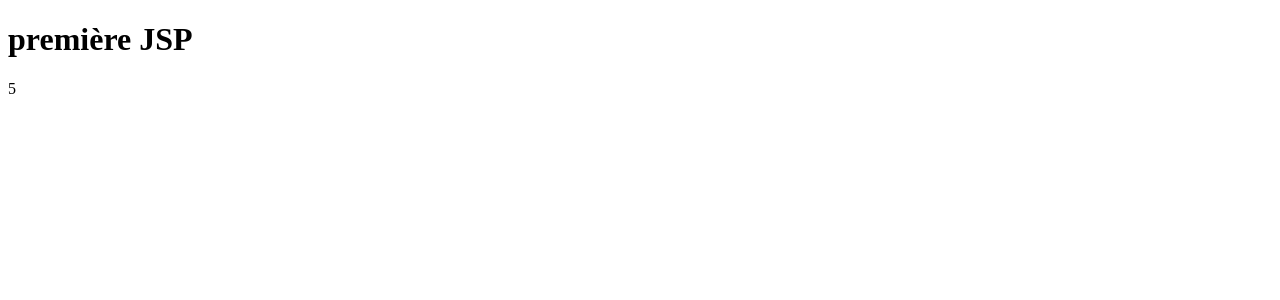
Repository: Douzal/AFCEPF_Architecte_Logiciel
Page: http://localhost/PremierWebv2/premiere.jsp
An editor plug-in stored every save of this project. The page is shown before and after the next save, followed by the edit.
The browser window is 1280 px wide. The pictures show the whole page.
The page is served by Tomcat 9.

Above is the page before, as saved 2018-03-15 08:30:07.

After the next save:
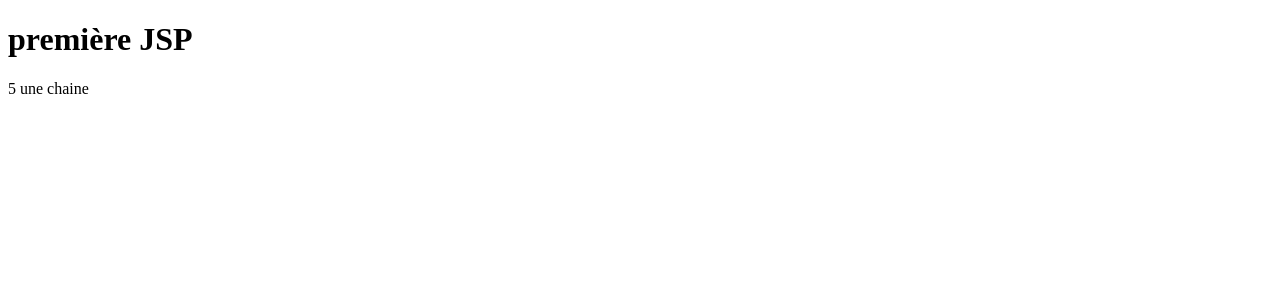
Saved 12 s later.
--- a/Workspace_Alexis/PremierWebv2/src/main/webapp/premiere.jsp
+++ b/Workspace_Alexis/PremierWebv2/src/main/webapp/premiere.jsp
@@ -17,6 +17,7 @@
 	%>
 	<p>
 		<% out.print(i); %>
+		<%=s %>
 	</p>
 
 </body>
